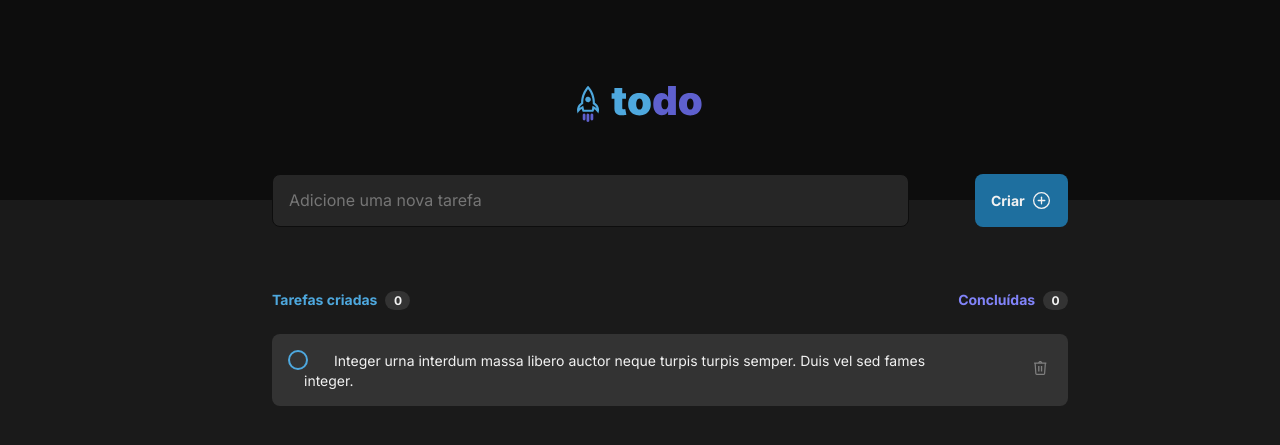
Repository: viniimartins/ToDoListROCKETSEAT
Page: /
The author's editor kept a copy of each file at every save. The page is drawn from the files as they stood at one save, then again after the next save.
The browser window is 1280 px wide. The pictures show the whole page.
The project was rebuilt for these pictures with package versions that can differ from the ones it lists, and the page was loaded fresh each time. Also part of the build but not shown: vite.config.ts.

Above is the page before, as saved 2023-05-08 14:21:09.

After the next save:
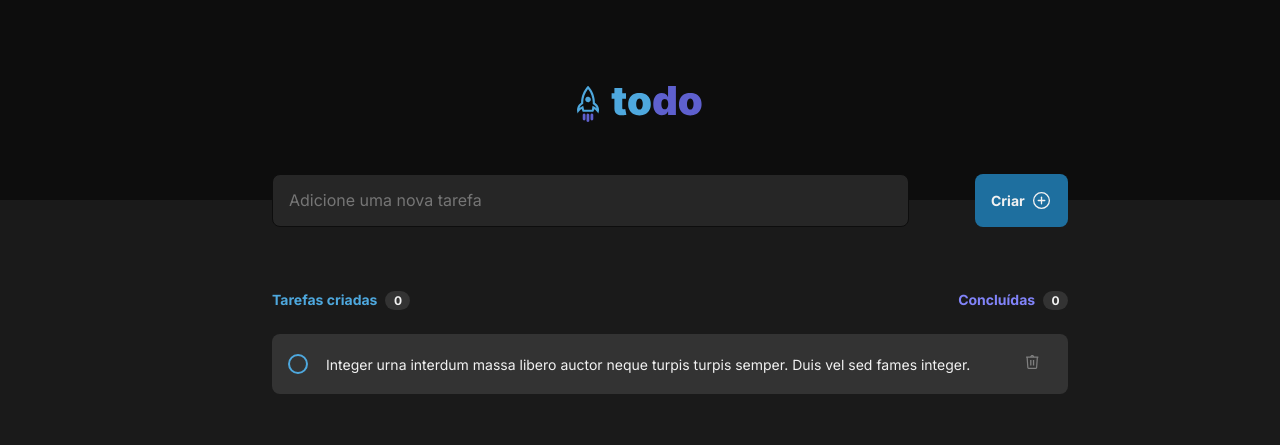
Saved 7 s later.
--- a/src/Components/TaskCreated.module.css
+++ b/src/Components/TaskCreated.module.css
@@ -10,7 +10,7 @@
 .checkbox {
   display: inline-block;
   position: relative;
-  padding-left: 1rem;
+  padding-left: 0.5rem;
   /* margin-bottom: 10px; */
   cursor: pointer;
   user-select: none;
